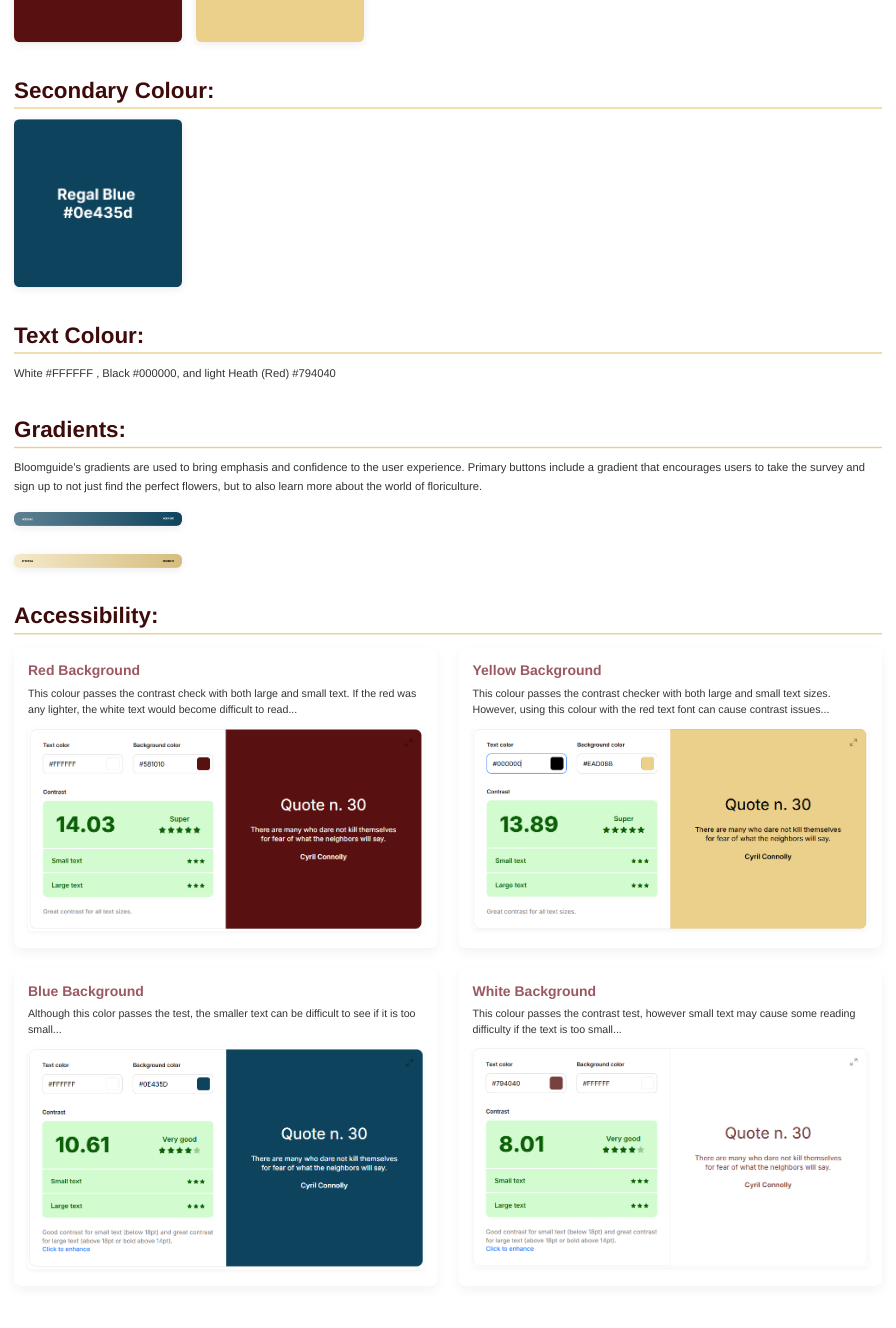
Repository: Emmalee06/styleguide-design2
Page: colours.html
An editor plug-in stored every save of this project. The page is shown before and after the next save, followed by the edit.
The browser window is 1280 px wide. The pictures show the part of the page from y = 716 to 2636 px (the page is 2613 px tall before and 2636 px after), at 70% of full size.

Above is the page before, as saved 2025-04-06 23:11:13.

### colours.html
<!DOCTYPE html>
<html lang="en">

<head>
    <meta charset="UTF-8" />
    <meta name="viewport" content="width=device-width, initial-scale=1.0" />
    <title>StyleGuide Design</title>
    <link rel="stylesheet" href="style.css" />
</head>

<body>
    <!-- Header with reduced height -->
    <section class="header small-header">
        <nav>
            <a href="index.html"><img src="images/logo.jpg" width="300" height="100" alt="Bloomguide logo" /></a>

            <div class="nav-links">
                <ul>
                    <li><a href="index.html">HOME</a></li>
                    <li><a href="logo.html">LOGO</a></li>
                    <li><a href="colours.html">COLOURS</a></li>
                    <li><a href="typography.html">TYPOGRAPHY</a></li>
                    <li><a href="graphics.html">GRAPHICS</a></li>
                    <li><a href="references.html">REFERENCES</a></li>
                </ul>
            </div>
        </nav>
        <h1>COLOURS</h1>
    </section>

    <!-- COLOUR CONTENT -->
    <section class="logo">
        <p>
            The colours we chose for Bloomguide are more earthy, meant to reflect the app’s purpose which is to help
            users find the perfect flower for any occasion. The warmer tones are meant to provide comfort to the users,
            inviting them to feel open to learning and understanding the different meanings and uses for flowers. Many
            people may find the idea of finding the perfect flower or bouquet overwhelming, which is why Bloomguide’s
            colour palette echoes the feeling of calm to its users.
        </p>
    </section>
    <section class="colours">
        <h1>Primary Colour:</h1>
        <div class="image-row">
            <img src="images/red.png" alt="Red" />
            <img src="images/yellow.png" alt="Chardonnay Yellow" />
        </div>

        <h1>Secondary Colour:</h1>
        <div class="image-row">
            <img src="images/blue.png" alt="Blue" />
        </div>

        <h1>Text Colour:</h1>
        <p>White #FFFFFF , Black #000000, and light Heath (Red) #794040</p>

        <h1>Gradients:</h1>
        <p>
            Bloomguide’s gradients are used to bring emphasis and confidence to the user experience. Primary buttons
            include a gradient that encourages users to take the survey and sign up to not just find the perfect
            flowers, but to also learn more about the world of floriculture.
        </p>

        <div class="image-row">
            <img src="images/blue gradient.png" alt="#" />
        </div>

        <div class="image-row">
            <img src="images/yellow gradient.png" alt="#" />
        </div>

        <h1>Accessibility:</h1>

        <div class="accessibility-grid">
            <div class="access-card">
                <h2>Red Background</h2>
                <p>This colour passes the contrast check with both large and small text. If the red was any lighter, the
                    white text would become difficult to read...</p>
                <img src="images/red-background.png" alt="#" />
            </div>

            <div class="access-card">
                <h2>Yellow Background</h2>
                <p>This colour passes the contrast checker with both large and small text sizes. However, using this
                    colour with the red text font can cause contrast issues...</p>
                <img src="images/yellow-background.png" alt="#" />
            </div>

            <div class="access-card">
                <h2>Blue Background</h2>
                <p>Although this color passes the test, the smaller text can be difficult to see if it is too small...
                </p>
                <img src="images/blue-background.png" alt="#" />
            </div>

            <div class="access-card">
                <h2>White Background</h2>
                <p>This colour passes the contrast test, however small text may cause some reading difficulty if the
                    text is too small...</p>
                <img src="images/white_background-red_text.png" alt="#" />
            </div>
        </div>
    </section>
</body>

</html>

### style.css
* {
    margin: 0;
    padding: 0;
    box-sizing: border-box;
    font-family: 'Helvetica Neue', sans-serif;
}

.header {
    min-height: 100vh;
    width: 100%;
    background-image: linear-gradient(rgba(4, 9, 30, 0.6), rgba(4, 9, 30, 0.6)), url(images/background.png);
    background-size: cover;
    background-position: center;
    position: relative;
}

/* Nav bar */
nav {
    width: 100%;
    background-color: rgba(0, 0, 0, 0.3);
    padding: 20px 60px;
    overflow: hidden;
}

/* Logo on the left */
nav a img {
    float: left;
    height: 80px;
    width: auto;
}

/* Nav links on the right */
.nav-links {
    float: right;
    margin-top: 25px;
}

.nav-links ul {
    list-style: none;
}

.nav-links ul li {
    display: inline-block;
    margin-left: 25px;
}

.nav-links ul li a {
    text-decoration: none;
    color: white;
    font-size: 14px;
    font-weight: 500;
    position: relative;
}

.nav-links ul li::after {
    content: '';
    display: block;
    height: 2px;
    width: 0;
    background: #fcb6b6;
    transition: 0.4s;
    margin-top: 4px;
}

.nav-links ul li:hover::after {
    width: 100%;
}

.nav-links ul li a:hover {
    color: #fcb6b6;
}

.text-box h1 {
    font-size: 60px;
}

.text-box h2 {
    font-size: 36px;
    margin: 15px 0;
}

/*Home Content*/
.text-box {
    position: absolute;
    top: 55%;
    left: 50%;
    transform: translate(-50%, -50%);
    text-align: center;
    color: #fff;
}

.credits-wrapper {
    display: block;
    margin-top: 30px;
}

/* credits left-aligned within a centered container */
.credits {
    display: block;
    text-align: left;
    margin: 0 auto 20px auto;
    width: fit-content;
}

.credits p {
    font-size: 18px;
    color: #d3dae0;
    margin: 6px 0;
}

/* button under credits */
.start-btn {
    text-align: center;
}

.hero-btn {
    display: inline-block;
    text-decoration: none;
    color: #fff;
    border: 1px solid #fff;
    padding: 12px 30px;
    font-size: 14px;
    transition: 0.4s;
}

.hero-btn:hover {
    background-color: #8f1a47;
    border-color: #8f1a47;
}

/* logo content*/

.logo {
    max-width: 1000px;
    margin: 60px auto;
    padding: 0 20px;
}

.logo h1 {
    font-size: 2.5rem;
    margin-bottom: 20px;
    color: #5a3f2f;
    text-align: center;
}

.logo p {
    font-size: 1.1rem;
    margin-bottom: 40px;
    color: #555;
    text-align: center;
    line-height: 1.8;
}

.row {
    display: grid;
    grid-template-columns: repeat(auto-fit, minmax(220px, 1fr));
    gap: 30px;
}

.logo-col h3 {
    margin-bottom: 15px;
    font-size: 1.2rem;
    color: #bc526c;
}

.logo-col img {
    max-width: 100%;
    height: auto;
    border-radius: 8px;
}

.logo-col {
    background-color: #fff;
    padding: 20px;
    border-radius: 12px;
    box-shadow: 0 2px 10px rgba(0, 0, 0, 0.05);
    text-align: center;
    transition: transform 0.3s ease, box-shadow 0.3s ease;
}

.logo-col:hover {
    transform: translateY(-10px);
    box-shadow: 0 12px 25px rgba(0, 0, 0, 0.1);
}

/* Make header shorter for this page */
.small-header {
    min-height: 10px;
}

/* 4 cards into one row */
.fixed-row {
    display: flex;
    justify-content: space-between;
    flex-wrap: nowrap;
    gap: 30px;
}

.logo h2 {
    font-size: 1.5rem;
    color: #771f35;
    margin: 30px 0 15px;
    text-align: center;
}

.header.small-header h1 {
    position: relative;
    top: 50%;
    left: 50%;
    transform: translate(-50%, -50%);
    color: #fff;
    font-size: 60px;
    text-align: center;
    font-weight: bold;
    margin-top: 40px;
}


/*COLOURS PAGE*/
/* --- Main Container --- */
.colours {
    margin: 60px auto;
    padding: 0 20px;
    color: #333;
}

/* --- Headings --- */
.colours h1 {
    font-size: 2rem;
    margin-top: 50px;
    margin-bottom: 15px;
    color: #3E0B0B;
    border-bottom: 2px solid #EAD08B;
    padding-bottom: 6px;
}

/* --- Paragraphs --- */
.colours p {
    font-size: 1rem;
    margin-bottom: 25px;
    line-height: 1.6;
}

/* --- Image Rows --- */
.image-row {
    display: flex;
    gap: 20px;
    margin-bottom: 40px;
    align-items: center;
}

/* --- Image Blocks --- */
.image-row img {
    width: 240px;
    height: auto;
    border-radius: 8px;
    box-shadow: 0 3px 12px rgba(0, 0, 0, 0.08);
    transition: transform 0.3s ease;
}

.image-row img:hover {
    transform: scale(1.03);
}

/* --- Accessibility Section --- */
.accessibility-grid {
    display: grid;
    grid-template-columns: repeat(2, 1fr);
    gap: 30px;
    margin-top: 20px;
}

/* --- Individual Accessibility Cards --- */
.access-card {
    background: #fff;
    border-radius: 10px;
    padding: 20px;
    box-shadow: 0 6px 16px rgba(0, 0, 0, 0.05);
}

.access-card h2 {
    font-size: 1.25rem;
    color: #9b5861;
    margin-bottom: 10px;
}

.access-card p {
    font-size: 0.95rem;
    line-height: 1.5;
    margin-bottom: 15px;
}

.access-card img {
    width: 100%;
    border-radius: 6px;
    box-shadow: 0 2px 8px rgba(0, 0, 0, 0.05);
}

After the next save:
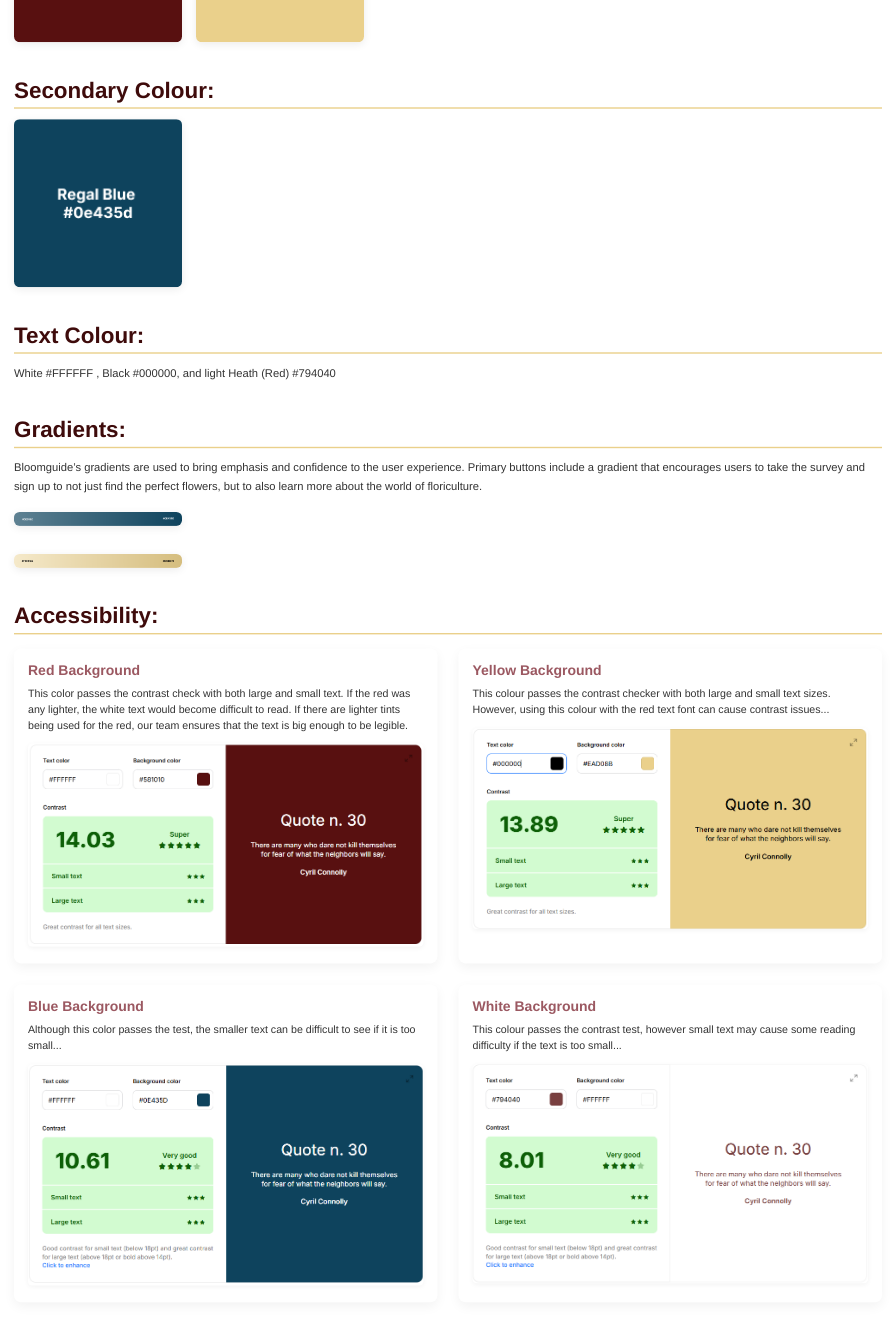
Saved 24 s later.
--- a/colours.html
+++ b/colours.html
@@ -73,8 +73,9 @@
         <div class="accessibility-grid">
             <div class="access-card">
                 <h2>Red Background</h2>
-                <p>This colour passes the contrast check with both large and small text. If the red was any lighter, the
-                    white text would become difficult to read...</p>
+                <p>This color passes the contrast check with both large and small text. If the red was any lighter, the
+                    white text would become difficult to read. If there are lighter tints being used for the red, our
+                    team ensures that the text is big enough to be legible.</p>
                 <img src="images/red-background.png" alt="#" />
             </div>
 
